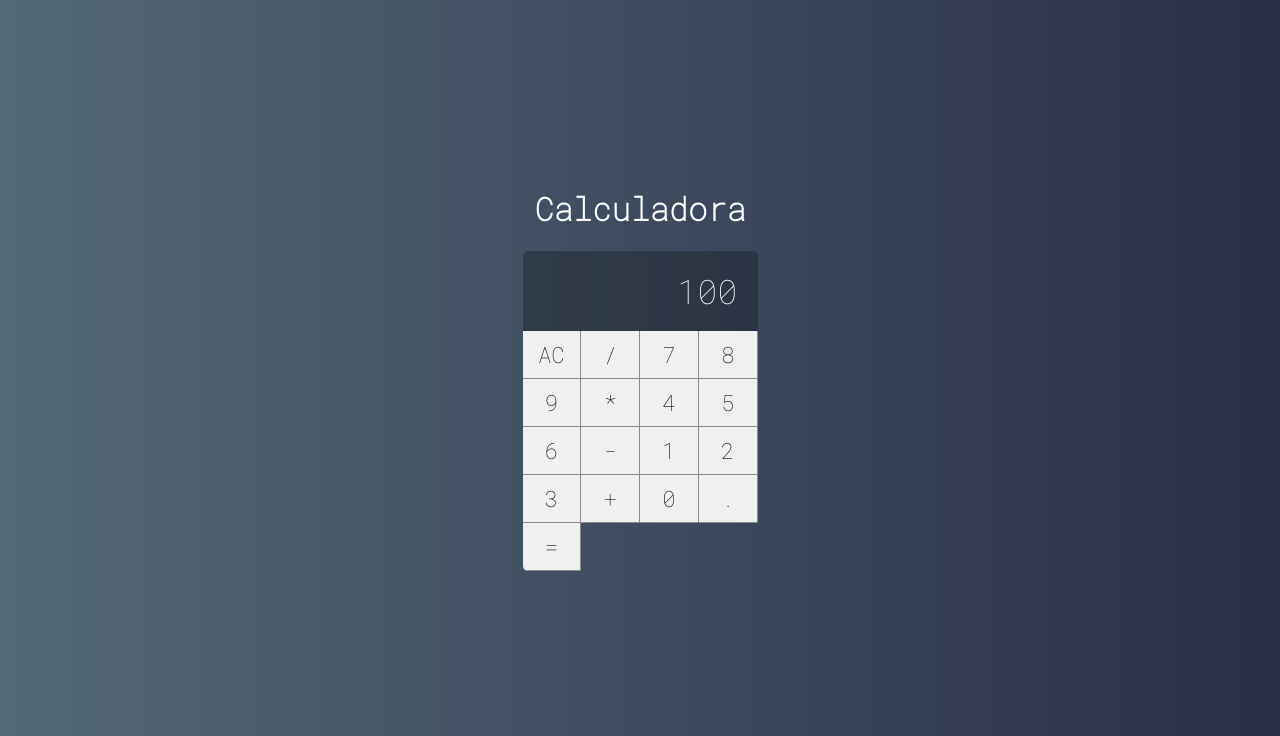
Repository: jean-siqueira/react-calculadora
Page: /
An editor plug-in stored every save of this project. The page is shown before and after the next save, followed by the edit.
The browser window is 1280 px wide. The pictures show the whole page.
The first visible `.button` is being pressed.
The project was rebuilt for these pictures with package versions that can differ from the ones it lists, and the page was loaded fresh each time.

Above is the page before, as saved 2023-03-25 12:32:30.

### src/index.js
import React from "react";
import ReactDOM from "react-dom/client";
import "./index.css";
import Calculator from "./main/Calculator";
import reportWebVitals from "./reportWebVitals";

const root = ReactDOM.createRoot(document.getElementById("root"));
root.render(
  <React.StrictMode>
    <div>
      <h1>Calculadora</h1>
      <Calculator />
    </div>
  </React.StrictMode>
);

// If you want to start measuring performance in your app, pass a function
// to log results (for example: reportWebVitals(console.log))
// or send to an analytics endpoint. Learn more: https://bit.ly/CRA-vitals
reportWebVitals();

### src/index.css
@font-face {
  font-family: 'RobotoMono';
  src: url('./fonts/RobotoMono-Thin.ttf');
}

* {
  font-family: 'RobotoMono', monospace;
}

body {
  display: flex;
  height: 100vh;
  justify-content: center;
  align-items: center;
  text-align: center;
  color: #fff;
  background: linear-gradient(to right, rgb(83, 105, 118), rgb(41, 46, 73));
}

### src/main/Calculator.jsx
import React, {Component} from "react";
import './Calculator.css'
import Button from "../components/Button";
import Display from "../components/Display";

export default class Calculator extends Component {

    render() {
        return (
            <div className="calculator">
                <Display value={100}/>
                <Button label="AC"/>
                <Button label="/"/>
                <Button label="7"/>
                <Button label="8"/>
                <Button label="9"/>
                <Button label="*"/>
                <Button label="4"/>
                <Button label="5"/>
                <Button label="6"/>
                <Button label="-"/>
                <Button label="1"/>
                <Button label="2"/>
                <Button label="3"/>
                <Button label="+"/>
                <Button label="0"/>
                <Button label="."/>
                <Button label="="/>
            </div>
        )
    }

}

### src/components/Button.jsx
import React from "react";
import './Button.css'

export default props =>
    <button className="button">{props.label}</button>

### src/components/Display.jsx
import React from "react";
import './Display.css';

export default props =>
    <div className="display">{props.value}</div>

### src/components/Button.css
:root {
    --bg-button: #f0f0f0;
    --border-button: solid 1px #888
}

.button {
    font-size: 1.4em;
    background-color: var(--bg-button);
    border: none;
    border-right: var(--border-button);
    border-bottom: var(--border-button);
    outline: none;
}

Loaded but not shown: public/index.html (common file); src/reportWebVitals.js (common file); src/main/Calculator.css (common file); src/components/Display.css (common file); public/manifest.json (common file)

After the next save:
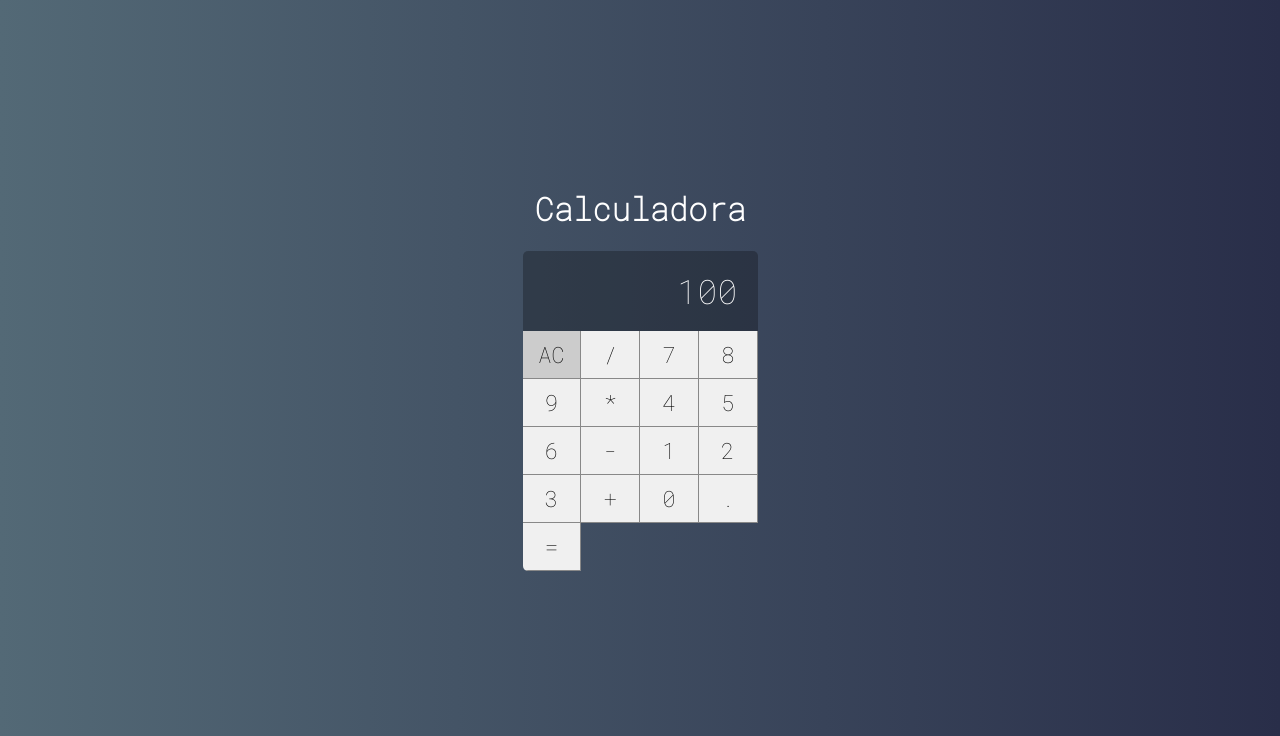
Saved 94 s later.
--- a/src/components/Button.css
+++ b/src/components/Button.css
@@ -11,3 +11,7 @@
     border-bottom: var(--border-button);
     outline: none;
 }
+
+.button:active {
+    background-color: #ccc;
+}
